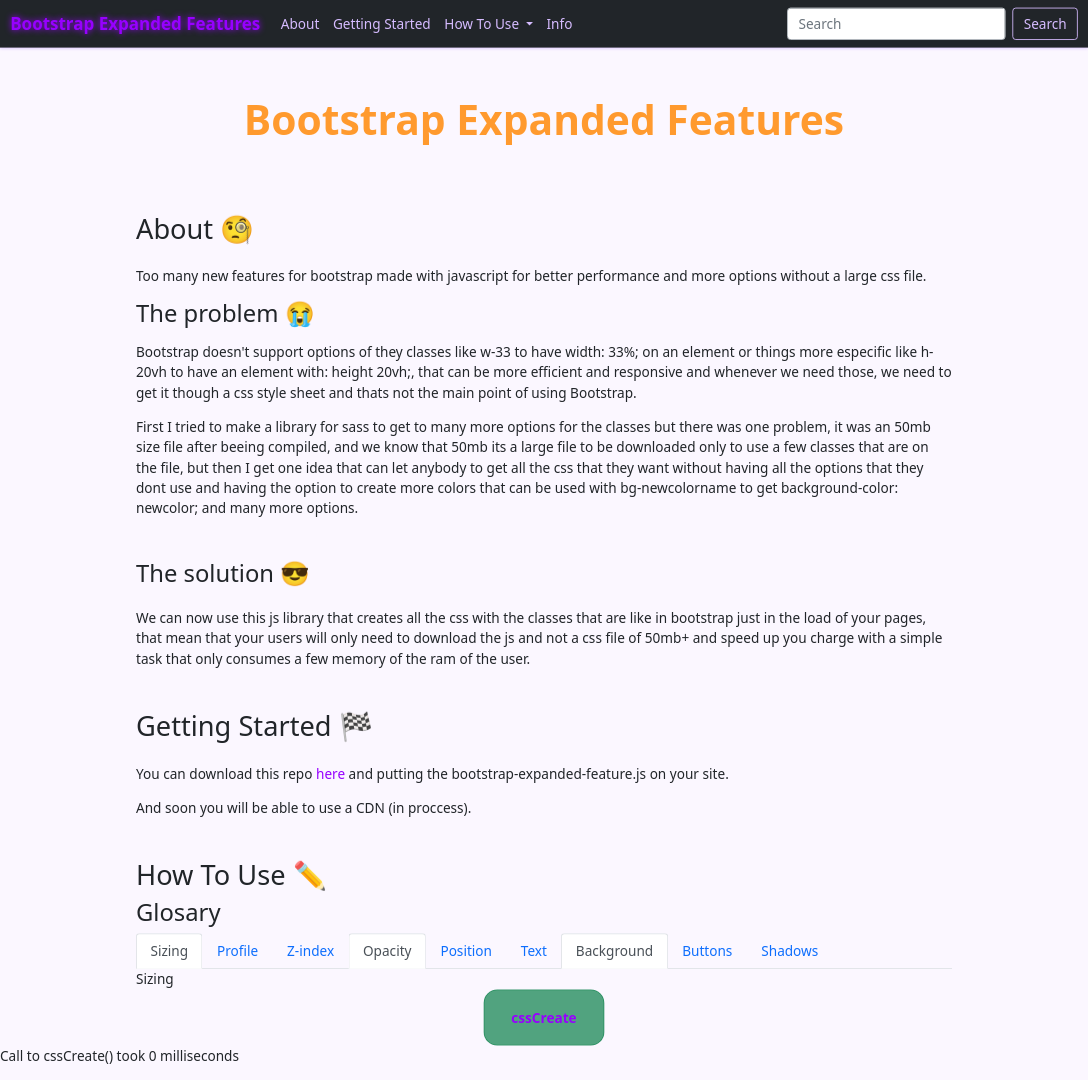
Repository: LynxPardelle/bootstrap-expanded-features
Page: index.html
An editor plug-in stored every save of this project. The page is shown before and after the next save, followed by the edit.
The browser window is 1280 px wide. The pictures show the whole page, at 85% of full size.

Above is the page before, as saved 2022-01-02 03:36:57.

### index.html
<!DOCTYPE html>
<html lang="es">
  <head>
    <meta charset="UTF-8" />
    <meta http-equiv="X-UA-Compatible" content="IE=edge" />
    <meta name="viewport" content="width=device-width, initial-scale=1.0" />
    <title>Bootstrap Expanded Features</title>
    <link
      href="https://cdn.jsdelivr.net/npm/bootstrap@5.1.3/dist/css/bootstrap.min.css"
      rel="stylesheet"
      integrity="sha384-1BmE4kWBq78iYhFldvKuhfTAU6auU8tT94WrHftjDbrCEXSU1oBoqyl2QvZ6jIW3"
      crossorigin="anonymous"
    />
    <link rel="stylesheet" href="./style.css" />
  </head>
  <body class="bef bef-bg-futurePop__OPA__0_03">
    <header>
      <nav
        class="
          navbar navbar-expand-lg navbar-dark
          bg-dark
          align-items-center
          bef
          bef-boxShadow-0px__2px__4px__lavender
          position-fixed
          top-0
          w-100
        "
      >
        <div class="container-fluid">
          <a
            class="
              navbar-brand
              bef bef-text-futurePop
              fw-bolder
              bef-textShadow-0px__0px__8px__futurePop
            "
            href="#"
            >Bootstrap Expanded Features</a
          >
          <button
            class="navbar-toggler"
            type="button"
            data-bs-toggle="collapse"
            data-bs-target="#navbarSupportedContent"
            aria-controls="navbarSupportedContent"
            aria-expanded="false"
            aria-label="Toggle navigation"
          >
            <span class="navbar-toggler-icon"></span>
          </button>
          <div class="collapse navbar-collapse" id="navbarSupportedContent">
            <ul class="navbar-nav me-auto mb-lg-0">
              <li class="nav-item">
                <a class="nav-link bef bef-text-lavender" href="#about"
                  >About</a
                >
              </li>
              <li class="nav-item">
                <a
                  class="nav-link bef bef-text-lavender"
                  href="#getting_started"
                  >Getting Started</a
                >
              </li>
              <li class="nav-item dropdown">
                <a
                  class="nav-link bef bef-text-lavender dropdown-toggle"
                  href="#howToUse"
                  id="navbarDropdown"
                  role="button"
                  data-bs-toggle="dropdown"
                  aria-expanded="false"
                >
                  How To Use
                </a>
                <ul
                  class="dropdown-menu dropdown-menu-dark"
                  aria-labelledby="navbarDropdown"
                >
                  <li>
                    <a class="dropdown-item bef bef-text-lavender" href="#"
                      >Action</a
                    >
                  </li>
                  <li>
                    <a class="dropdown-item bef bef-text-lavender" href="#"
                      >Another action</a
                    >
                  </li>
                  <li><hr class="dropdown-divider" /></li>
                  <li>
                    <a class="dropdown-item bef bef-text-lavender" href="#"
                      >Something else here</a
                    >
                  </li>
                </ul>
              </li>
              <li class="nav-item">
                <a class="nav-link bef bef-text-lavender" href="#Info">Info</a>
              </li>
            </ul>
            <form class="d-flex">
              <input
                id="searchInput"
                class="form-control me-2"
                type="search"
                placeholder="Search"
                aria-label="Search"
              />
              <button class="btn bef bef-btnOutline-lavender">Search</button>
            </form>
          </div>
        </div>
      </nav>

      <h1
        class="
          text-center
          d-block
          bef bef-w-85vw bef-w-md-75vw bef-fs-2rem bef-fs-md-3rem
          bef-m-7rem__auto__5rem
          bef-text-summer
          fw-bolder
        "
      >
        Bootstrap Expanded Features
      </h1>
    </header>

    <div>
      <main class="bef bef-w-85vw bef-wmx-1000px bef-w-md-75vw mx-auto">
        <!-- ABOUT -->
        <section>
          <a id="about"></a>
          <h2>About 🧐</h2>
          <article>
            <p class="mt-4 mb-3 text-start">
              Too many new features for bootstrap made with javascript for
              better performance and more options without a large css file.
            </p>
          </article>
          <!-- THE_PROBLEM -->
          <article>
            <h3>The problem 😭</h3>
            <p class="my-3 text-start">
              Bootstrap doesn't support options of they classes like w-33 to
              have width: 33%; on an element or things more especific like
              h-20vh to have an element with: height 20vh;, that can be more
              efficient and responsive and whenever we need those, we need to
              get it though a css style sheet and thats not the main point of
              using Bootstrap.
            </p>
            <p class="mt-3 mb-5 text-start">
              First I tried to make a library for sass to get to many more
              options for the classes but there was one problem, it was an 50mb
              size file after beeing compiled, and we know that 50mb its a large
              file to be downloaded only to use a few classes that are on the
              file, but then I get one idea that can let anybody to get all the
              css that they want without having all the options that they dont
              use and having the option to create more colors that can be used
              with bg-newcolorname to get background-color: newcolor; and many
              more options.
            </p>
          </article>
          <!-- THE_SOLUTION -->
          <article>
            <h3>The solution 😎</h3>
            <p class="mt-4 mb-5 text-start">
              We can now use this js library that creates all the css with the
              classes that are like in bootstrap just in the load of your pages,
              that mean that your users will only need to download the js and
              not a css file of 50mb+ and speed up you charge with a simple task
              that only consumes a few memory of the ram of the user.
            </p>
          </article>
        </section>
        <!-- GETTING_STARTED -->
        <section>
          <a id="getting_started"></a>
          <h2>Getting Started 🏁</h2>
          <article>
            <p class="mt-4 mb-3 text-start bef bef-link-futurePop">
              You can download this repo
              <a
                class="text-decoration-none"
                href="https://github.com/LynxPardelle/bootstrap-expanded-features.git"
                target="_blank"
                >here</a
              >
              and putting the bootstrap-expanded-feature.js on your site.
            </p>
            <p class="mt-3 mb-5 text-start bef bef-link-futurePop">
              And soon you will be able to use a CDN (in proccess).
            </p>
          </article>
        </section>
        <!-- HOW_TO_USE -->
        <section>
          <a id="howToUse"></a>
          <h2>How To Use ✏️</h2>
          <article>
            <h3>Glosary</h3>
            <nav>
              <div class="nav nav-tabs" id="nav-tab" role="tablist">
                <button
                  class="nav-link active"
                  id="nav-sizing-tab"
                  data-bs-toggle="tab"
                  data-bs-target="#nav-sizing"
                  type="button"
                  role="tab"
                  aria-controls="nav-sizing"
                  aria-selected="true"
                >
                  Sizing
                </button>
                <button
                  class="nav-link"
                  id="nav-border-tab"
                  data-bs-toggle="tab"
                  data-bs-target="#nav-border"
                  type="button"
                  role="tab"
                  aria-controls="nav-border"
                  aria-selected="false"
                >
                  Profile
                </button>
                <button
                  class="nav-link"
                  id="nav-z-index-tab"
                  data-bs-toggle="tab"
                  data-bs-target="#nav-z-index"
                  type="button"
                  role="tab"
                  aria-controls="nav-z-index"
                  aria-selected="false"
                >
                  Z-index
                </button>
                <button
                  class="nav-link active"
                  id="nav-opacity-tab"
                  data-bs-toggle="tab"
                  data-bs-target="#nav-opacity"
                  type="button"
                  role="tab"
                  aria-controls="nav-opacity"
                  aria-selected="false"
                >
                  Opacity
                </button>
                <button
                  class="nav-link"
                  id="nav-position-tab"
                  data-bs-toggle="tab"
                  data-bs-target="#nav-position"
                  type="button"
                  role="tab"
                  aria-controls="nav-position"
                  aria-selected="false"
                >
                  Position
                </button>
                <button
                  class="nav-link"
                  id="nav-text-tab"
                  data-bs-toggle="tab"
                  data-bs-target="#nav-text"
                  type="button"
                  role="tab"
                  aria-controls="nav-text"
                  aria-selected="false"
                >
                  Text
                </button>
                <button
                  class="nav-link active"
                  id="nav-background-tab"
                  data-bs-toggle="tab"
                  data-bs-target="#nav-background"
                  type="button"
                  role="tab"
                  aria-controls="nav-background"
                  aria-selected="false"
                >
                  Background
                </button>
                <button
                  class="nav-link"
                  id="nav-buttons-tab"
                  data-bs-toggle="tab"
                  data-bs-target="#nav-buttons"
                  type="button"
                  role="tab"
                  aria-controls="nav-buttons"
                  aria-selected="false"
                >
                  Buttons
                </button>
                <button
                  class="nav-link"
                  id="nav-shadows-tab"
                  data-bs-toggle="tab"
                  data-bs-target="#nav-shadows"
                  type="button"
                  role="tab"
                  aria-controls="nav-shadows"
                  aria-selected="false"
                >
                  Shadows
                </button>
              </div>
            </nav>
            <div class="tab-content" id="nav-tabContent">
              <div
                class="tab-pane fade show active"
                id="nav-sizing"
                role="tabpanel"
                aria-labelledby="nav-sizing-tab"
              >
                Sizing
              </div>
              <div
                class="tab-pane fade"
                id="nav-border"
                role="tabpanel"
                aria-labelledby="nav-border-tab"
              >
                Border
              </div>
              <div
                class="tab-pane fade"
                id="nav-z-index"
                role="tabpanel"
                aria-labelledby="nav-z-index-tab"
              >
                Z-Index
              </div>
              <div
                class="tab-pane fade"
                id="nav-opacity"
                role="tabpanel"
                aria-labelledby="nav-opacity-tab"
              >
                Opacity
              </div>
              <div
                class="tab-pane fade"
                id="nav-position"
                role="tabpanel"
                aria-labelledby="nav-position-tab"
              >
                Position
              </div>
              <div
                class="tab-pane fade"
                id="nav-text"
                role="tabpanel"
                aria-labelledby="nav-text-tab"
              >
                Text
              </div>
              <div
                class="tab-pane fade"
                id="nav-background"
                role="tabpanel"
                aria-labelledby="nav-background-tab"
              >
                Background
              </div>
              <div
                class="tab-pane fade"
                id="nav-buttons"
                role="tabpanel"
                aria-labelledby="nav-buttons-tab"
              >
                Buttons
              </div>
              <div
                class="tab-pane fade"
                id="nav-shadows"
                role="tabpanel"
                aria-labelledby="nav-shadows-tab"
              >
                Shadows
              </div>
            </div>
          </article>
        </section>
      </main>
      <aside></aside>
    </div>

    <footer>
      <a id="#info"></a>
      <button
        class="
          btn
          bef
          bef-btn-success__OPA__0_75
          bef-text-futurePop
          fw-bold
          d-block
          mx-auto
          bef-p-1_25rem__2rem
          bef-rounded-1rem
        "
        onclick="cssCreate()"
      >
        cssCreate
      </button>

      <div id="befTimer"></div>
    </footer>

    <!--
Classes:
w width
h height
wmx max-width
hmx max-height
wmn min-width
hmn min-height
rounded border-radius
z z-index
opacity opacity
top top
bottom bottom
end left
start right
fs font-size
lh line-height
gap gap
p padding
m margin
border border-width
borderStyle border-style

bg background-color
text color
link a color
borderColor border-color
btn background-color border-color box-shadow
btnOutline border-color box-shadow
boxShadow box-shadow
textShadow text-shadow

Sides:
s left
e right
t top
b bottom
x left & right
y top & bottom

BreakPoints:
sm 576
md 768
lg 992
xl 1200
xxl 1400
-->
    <script
      src="https://cdn.jsdelivr.net/npm/bootstrap@5.1.3/dist/js/bootstrap.bundle.min.js"
      integrity="sha384-ka7Sk0Gln4gmtz2MlQnikT1wXgYsOg+OMhuP+IlRH9sENBO0LRn5q+8nbTov4+1p"
      crossorigin="anonymous"
    ></script>
    <script>
      var colors = {
        monster: "#00AA00",
        futurePop: "#9700FF",
      };
    </script>
    <script src="./bootstrap-expanded-features.js"></script>
  </body>
</html>

Loaded but not shown: bootstrap-expanded-features.js (library); style.css (no stored copy; drawn as an empty file)

After the next save:
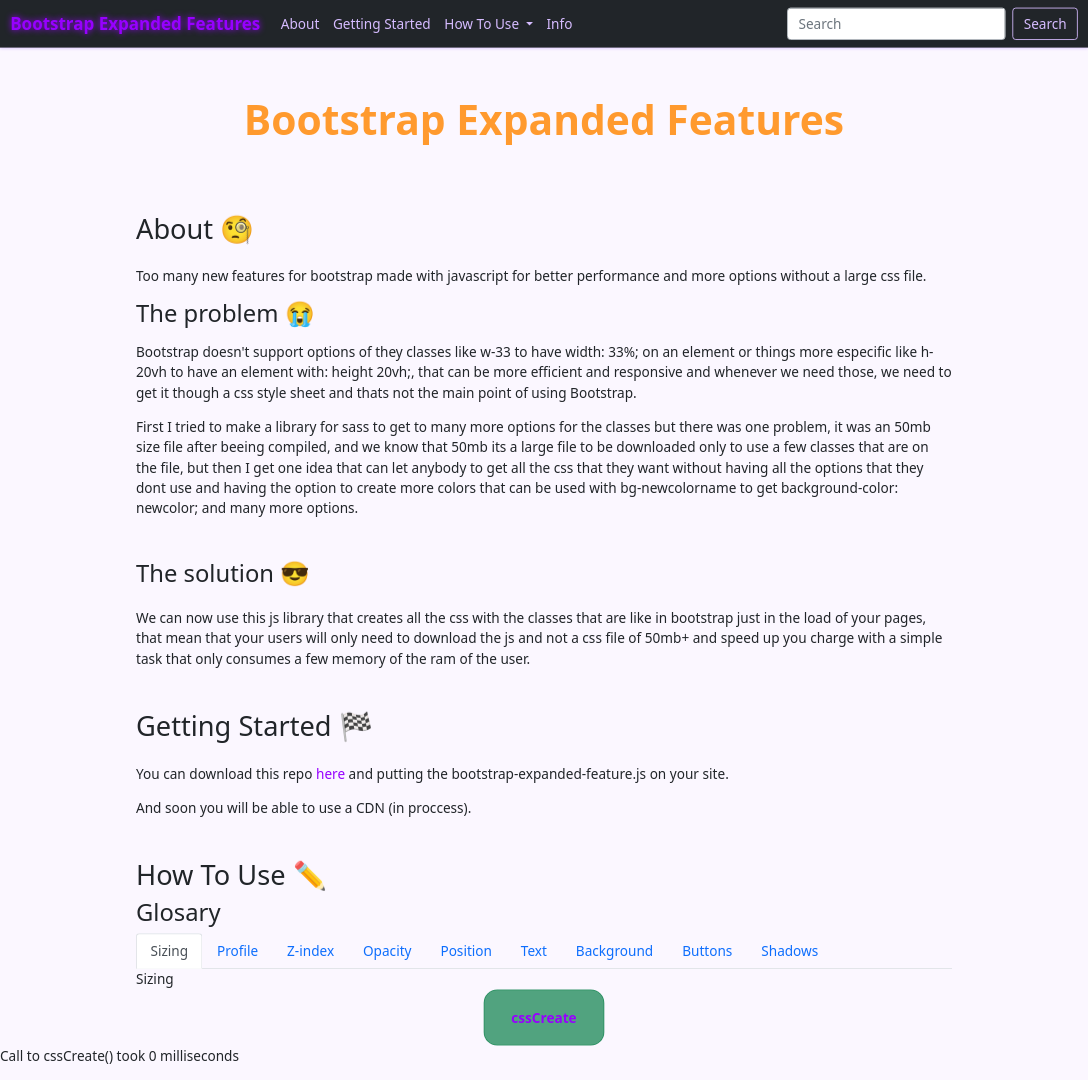
Saved 41 s later.
--- a/index.html
+++ b/index.html
@@ -240,7 +240,7 @@
                   Z-index
                 </button>
                 <button
-                  class="nav-link active"
+                  class="nav-link"
                   id="nav-opacity-tab"
                   data-bs-toggle="tab"
                   data-bs-target="#nav-opacity"
@@ -276,7 +276,7 @@
                   Text
                 </button>
                 <button
-                  class="nav-link active"
+                  class="nav-link"
                   id="nav-background-tab"
                   data-bs-toggle="tab"
                   data-bs-target="#nav-background"
